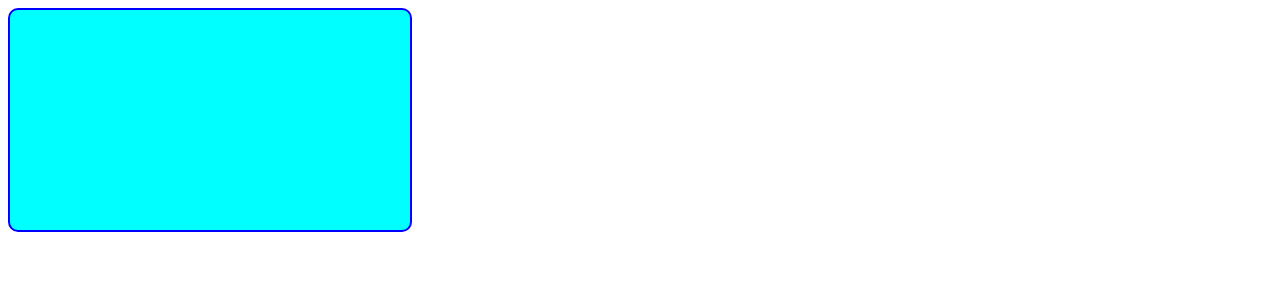
Repository: Tan-Khang21/TH_TKW--Buoi_05
Page: Bai_Tap_Ve_Nha/Bai_01/canvas10.html
These files come from the project's save history. The page is drawn as it stood at one moment and after the next save; the edit follows.
The browser window is 1280 px wide. The pictures show the whole page.

Above is the page before, as saved 2024-03-10 21:27:12.
Console error: TypeError: Cannot read properties of null (reading 'getContext')

### Bai_Tap_Ve_Nha/Bai_01/canvas10.html
<!DOCTYPE html>
<html lang="en">
  <head>
    <meta charset="UTF-8" />
    <meta name="viewport" content="width=device-width, initial-scale=1.0" />
    <title>Document</title>
  </head>
  <body>
    <canvas
      style="
        border: 2px solid blue;
        background-color: aqua;
        border-radius: 10px;
      "
      width="400px"
      height="220px"
    ></canvas>
    <script>
      var canvas = document.getElementById("myCanvas"),
        ctx = canvas.getContext("2d");
      ctx.beginPath();
      ctx.arc(200, 100, 70, 0, 2 * Math.PI);
      ctx.stroke();
    </script>
  </body>
</html>

After the next save:
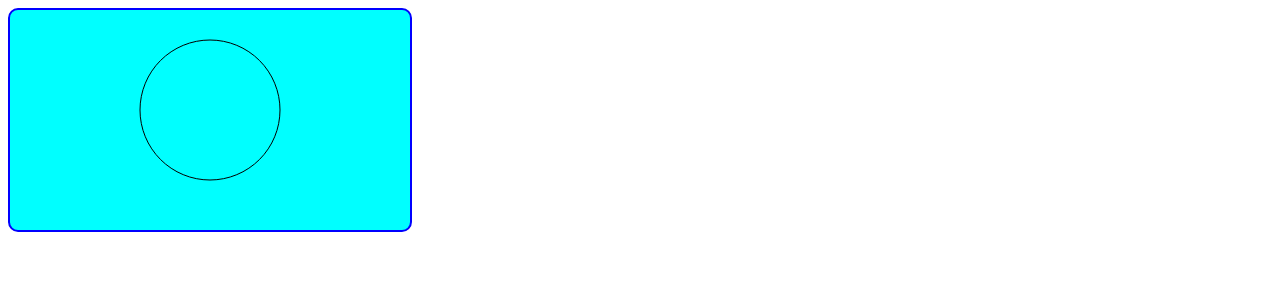
The error is gone.
Saved 84 s later.
--- a/Bai_Tap_Ve_Nha/Bai_01/canvas10.html
+++ b/Bai_Tap_Ve_Nha/Bai_01/canvas10.html
@@ -7,6 +7,7 @@
   </head>
   <body>
     <canvas
+      id="myCanvas"
       style="
         border: 2px solid blue;
         background-color: aqua;
